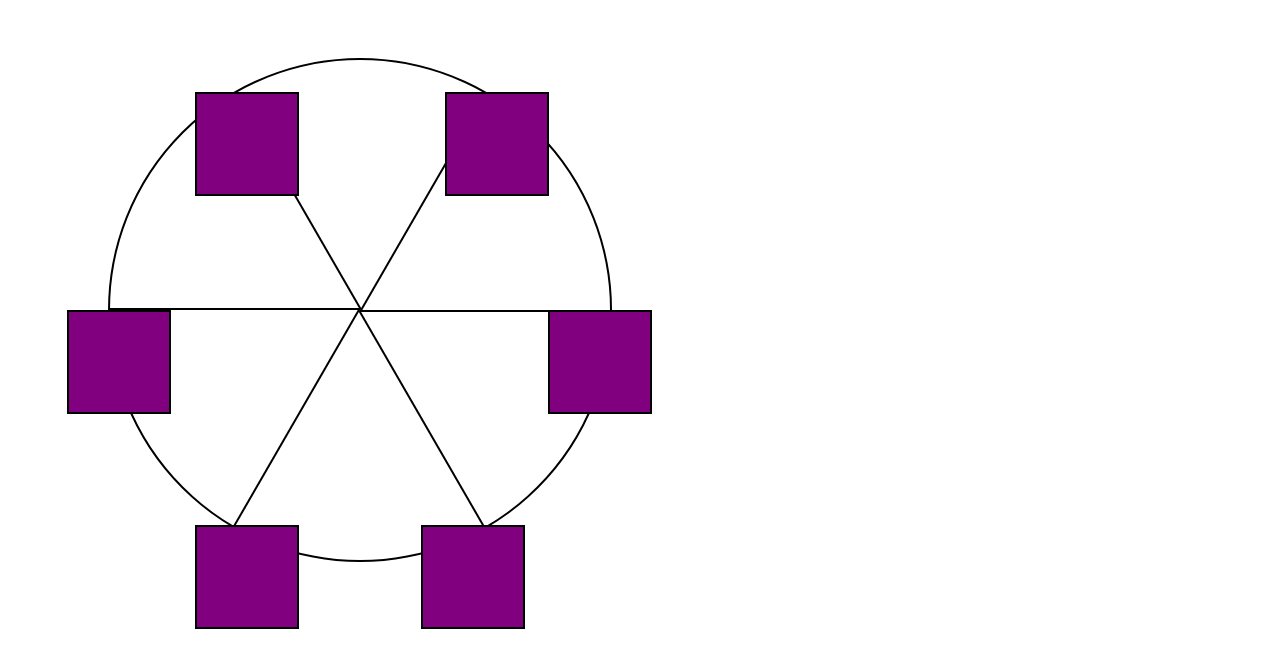
Repository: Lungdjos/ferris_wheel
Page: index.html
These files come from the project's save history. The page is drawn as it stood at one moment and after the next save; the edit follows.
The browser window is 1280 px wide. The pictures show the whole page.

Above is the page before, as saved 2024-01-12 10:45:43.

After the next save:
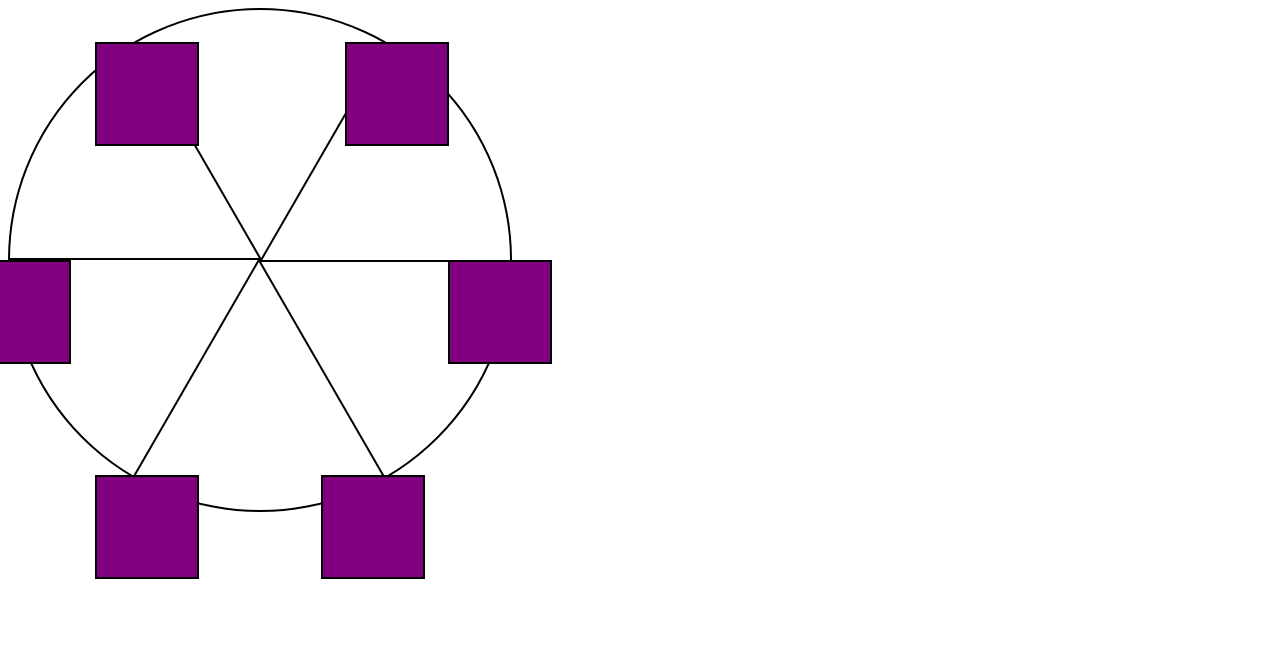
Saved 40 s later.
--- a/styles.css
+++ b/styles.css
@@ -3,8 +3,8 @@
     .wheel {
         border: 2px solid black;
         border-radius: 50%;
-        margin-left: 100px;
-        margin-top: 50px;
+        /* margin-left: 100px;
+        margin-top: 50px; */
         position: absolute;
         height: 55vw;
         width: 55vw;
